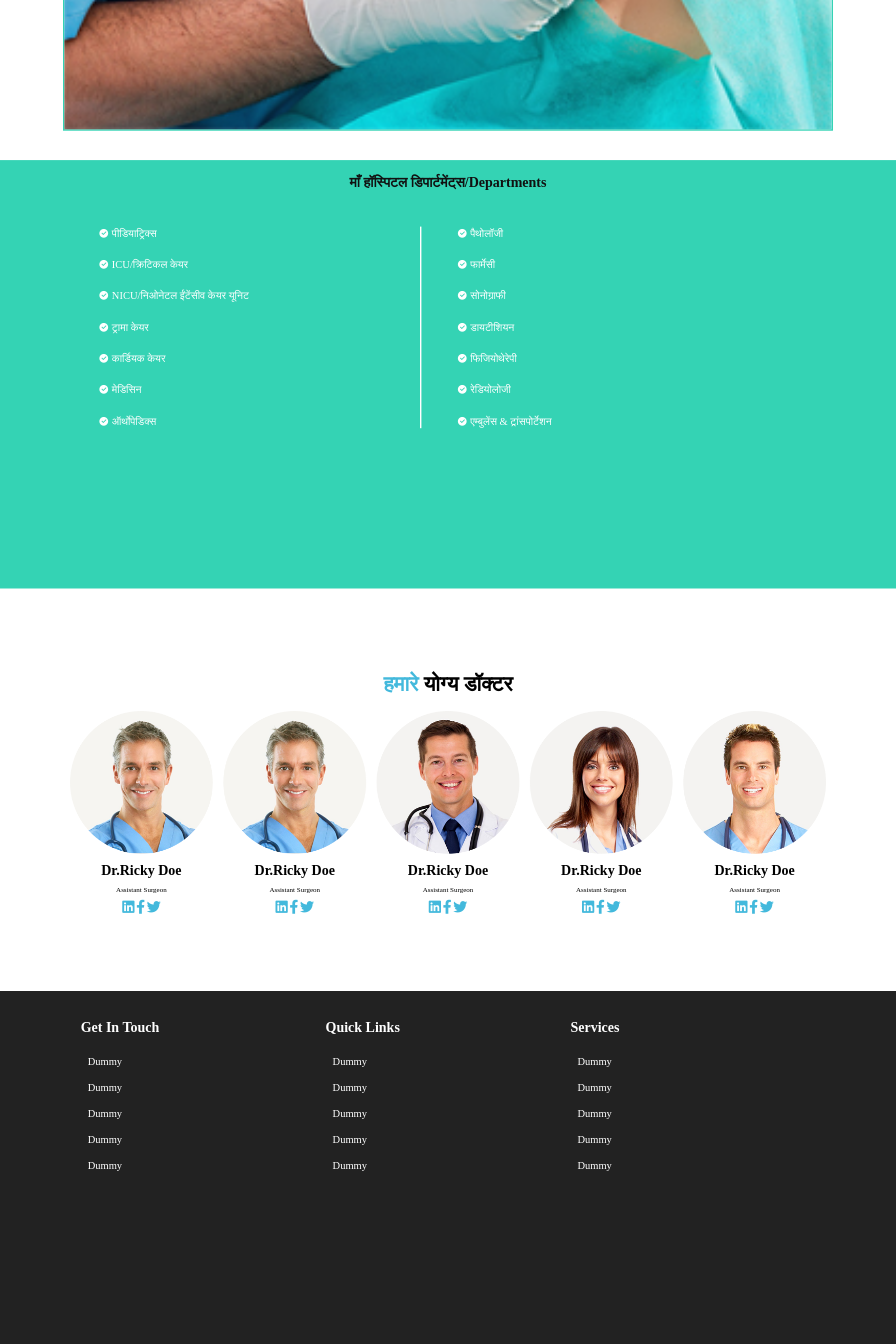
Repository: Aayush919/test
Page: index.html
An editor plug-in stored every save of this project. The page is shown before and after the next save, followed by the edit.
The browser window is 1280 px wide. The pictures show the part of the page from y = 2154 to 4074 px (the page is 4074 px tall before and 4042 px after), at 70% of full size.

Above is the page before, as saved 2023-10-15 09:06:28.

### index.html
<!DOCTYPE html>
<html lang="en">
<head>
    <meta charset="UTF-8">
    <meta http-equiv="X-UA-Compatible" content="IE=edge">
    <meta name="viewport" content="width=device-width, initial-scale=1.0">
    <link href="https://cdn.jsdelivr.net/npm/remixicon@3.5.0/fonts/remixicon.css" rel="stylesheet">
    <link rel="stylesheet" href="fontawesome-free-5.15.3-web/css/all.min.css">
    <link rel="stylesheet" href="style.css">
</head>
<body>
    <header class="header">
        <a href="#" id="logo"><span>माँ </span> हॉस्पिटल <span id="guna">गुना</span></a>

        <nav class="navbar">
        <a href="#">होम</a>
        <a href="#">अबाउट</a>
        <a href="#">गैलरी</a>
        <a href="#">ब्लॉग</a>
        <a href="#">संपर्क</a>

        </nav>

    <div class="icons">
        <i class="ri-linkedin-fill"></i>
        <i class="ri-whatsapp-fill"> </i>

    </div>

<a href="#" id="menu_bars" class="fas fa-bars"></a>
    </header>

   <div class="container">
       <div class="main-text">
           <h2> हमारे पास आपके लिए सर्वोत्तम चिकित्सा योजना विकल्प हैं !</h2>
           <button>संपर्क</button>
       </div>
   </div>
<!-- services we provide -->
<div class="service-section">
    <h2 id="ourservices">हमारी सर्विसेज</h2>
    <div class="inner-service-section">
        <div class="service-box">
            <img src="./images/opd.png" alt="">
        <h2 >मल्टी-स्पेशिलिटी OPD सर्विसेज</h2>
        <p><span>"माँ हॉस्पिटल गुना</span>, आपके लिए मल्टी-स्पेशियलिस्ट आउटपेशेंट डिपार्टमेंट (OPD) सेवा प्रदान करता है, जहाँ रोगियों को विभिन्न चिकित्सा क्षेत्रों के विशेषज्ञों का साथ एक ही छत के नीचे प्राप्त होता है।"</p>
        </div>
        <div class="service-box">
             <img src="./images/em.png" alt="">
        <h2>24*7 इमरजेंसी सर्विसेज</h2>

        <p>
            <span>"माँ हॉस्पिटल गुना</span>, 24*7 ( इमरजेंसी सर्विसेज ) आपातकालीन सेवाएँ प्रदान करते हैं, यानि हमेशा आपके स्वास्थ्य की देखभाल के लिए तैयार खड़े हैं, चाहे रात या दिन
            के किस भी समय हो।"
     </p>
        </div>
        <div class="service-box">
            <img src="./images/icu.png" alt="">
        <h2>ICU/क्रिटिकल केयर</h2>
        <p><span>"माँ हॉस्पिटल गुना</span>, में ICU और गंभीर देखभाल विभाग उन रोगियों के लिए है जो जीवन संकट की स्थिति में हैं। हम उनके लिए उनकी स्वास्थ्य स्थिति की सख्त निगरानी और उच्च गुणवत्ता वाला उपचार प्रदान करने के लिए समर्पित हैं।"
        </p>
        </div>

        <div class="service-box">
            <img src="./images/nicu.png" alt="">
        <h2>NICU/निओनेटल ईंटेंसीव केयर यूनिट</h2>
        <p><span>"माँ हॉस्पिटल गुना</span>,में NICU एक अलग शिशु चिकित्सा इकाई है, जिसमें अलग से जन्म वाले और बाहर से आए शिशुओं के लिए विशेष सेवाएँ उपलब्ध हैं। हम शिशुओं की स्वास्थ्य स्थिति की देखभाल करने और उनके जीवन को बचाने के लिए सशक्त प्रतिबद्ध हैं।"</p>
        </div>
    </div>


    <div class="inner-service-section">
        <div class="service-box">
            <img src="./images/pharmacy.png" alt="">
        <h2>24*7 फार्मेसी </h2>
        <p>"हम 24*7 फार्मेसी सेवा प्रदान करते हैं, ताकि आपको दवाओं और आवश्यक स्वास्थ्य सामग्री की आवश्यकता होने पर भी दिन रात किसी भी समय मिल सके।"
        </p>
        </div>
        <div class="service-box">
          <img src="./images/pathology.png" alt="">
        <h2>पैथोलॉजी</h2>
        <p>"हमारा पैथोलॉजी लैब उच्च गुणवत्ता वाली पथोलॉजी सेवाएँ प्रदान करता है और रोगीयों के निदान और चिकित्सा की सही दिशा में मदद करता है।"</p>
        </div>
        <div class="service-box">
          <img src="./images/ambulance.png" alt="">
        <h2>24*7 एम्बुलेंस</h2>
        <p>"हम एम्बुलेंस सेवा और यातायात की सुविधा प्रदान करते हैं, ताकि आपके स्वास्थ्य आवश्यकता के समय हमारे द्वारा आपको त्वरित और सुरक्षित रूप से पहुंचाया जा सके।"</p>
        </div>

        <div class="service-box">
       <img src="/images/cardiac.png" alt="">
        <h2>कार्डियक केयर</h2>
        <p>"हमारा कार्डियक केयर विभाग हृदय रोगों के निदान, उपचार, और देखभाल में विशेषज्ञता और उच्च गुणवत्ता की गारंटी है। हम रोगियों के स्वास्थ्य की निगरानी रखते हैं और उन्हें स्वस्थ जीवनशैली के लिए मार्गदर्शन प्रदान करते हैं। हम एक सुरक्षित और आदर्श दौरा प्रदान करके हृदय स्वास्थ्य की देखभाल करते हैं।"</p>
        </div>
    </div>
</div>





<div class="work-section">
    <div class="inner-work-section">
        <h2><span>माँ हॉस्पिटल</span>, द्वारा चलाये जाने वाले केम्प की अपडेटेड जानकारी यहा उपलब्ध है।
        </h2>
        <img src="./images/gallery 1.png" alt="">
        </div>
</div>


<!-- our depart-->
<div class="depart">
    <h1>माँ हॉस्पिटल डिपार्टमेंट्स/Departments</h1>
    <div id="keyservice">
        <div id="bx1">
            <h3><span><i class="ri-checkbox-circle-fill"></i></span><a href="#pg1">पीडियाट्रिक्स</a></h3>
            <h3><span><i class="ri-checkbox-circle-fill"></i></span><a href="#pg2">ICU/क्रिटिकल केयर</a></h3>
            <h3><span><i class="ri-checkbox-circle-fill"></i></span><a href="#pg4">NICU/निओनेटल ईंटेंसीव केयर यूनिट</a></h3>
            <h3><span><i class="ri-checkbox-circle-fill"></i></span><a href="#pg5">ट्रामा केयर </a></h3>
            <h3><span><i class="ri-checkbox-circle-fill"></i></span><a href="#pg6">कार्डियक केयर</a></h3>
            <h3><span><i class="ri-checkbox-circle-fill"></i></span><a href="#pg9">मेडिसिन</a></h3>
            <h3><span><i class="ri-checkbox-circle-fill"></i></span><a href="#pg3">ऑर्थोपेडिक्स</a></h3>

        </div>
        <div id="bx2">
            <h3><span><i class="ri-checkbox-circle-fill"></i></span><a href="#pg8">पैथोलॉजी
            </a></h3>
            <h3><span><i class="ri-checkbox-circle-fill"></i></span><a href="#pg7">फार्मेसी</a></h3>
            <h3><span><i class="ri-checkbox-circle-fill"></i></span><a href="#pg10">सोनोग्राफी</a></h3>
            <h3><span><i class="ri-checkbox-circle-fill"></i></span><a href="#pg11">डायटीशियन</a></h3>
            <h3><span><i class="ri-checkbox-circle-fill"></i></span><a href="#pg12">फिजियोथेरेपी
            </a></h3>
            <h3><span><i class="ri-checkbox-circle-fill"></i></span><a href="#pg13">रेडियोलोजी</a></h3>
            <h3><span><i class="ri-checkbox-circle-fill"></i></span><a href="#pg14">एम्बुलेंस &  ट्रांसपोर्टेशन </a></h3>

        </div>
    </div>
</div>
<!-- our depart ended -->

<!-- our team seaction -->
<div class="ourteam-section">
    <h2><span>हमारे </span>योग्य डॉक्टर</h2>
    <div class="ourteam-inner">
        <div class="section-box">
            <img src="images/ourteam1.png" alt="">
            <h3>Dr.Ricky Doe</h3>
            <p>assistant surgeon</p>
            <div class="team-social-links">
                <i class="fab fa-linkedin"></i>
                <i class="fab fa-facebook-f"></i>
                <i class="fab fa-twitter"></i>
            </div>
        </div>
        <div class="section-box">
            <img src="images/ourteam1.png" alt="">
            <h3>Dr.Ricky Doe</h3>
            <p>assistant surgeon</p>
            <div class="team-social-links">
                <i class="fab fa-linkedin"></i>
                <i class="fab fa-facebook-f"></i>
                <i class="fab fa-twitter"></i>
            </div>
        </div>
        <div class="section-box">
            <img src="images/ourteam2.png" alt="">
            <h3>Dr.Ricky Doe</h3>
            <p>assistant surgeon</p>
            <div class="team-social-links">
                <i class="fab fa-linkedin"></i>
                <i class="fab fa-facebook-f"></i>
                <i class="fab fa-twitter"></i>
            </div>
        </div>
        <div class="section-box">
            <img src="images/ourteam3.png" alt="">
            <h3>Dr.Ricky Doe</h3>
            <p>assistant surgeon</p>
            <div class="team-social-links">
                <i class="fab fa-linkedin"></i>
                <i class="fab fa-facebook-f"></i>
                <i class="fab fa-twitter"></i>
            </div>
        </div>
        <div class="section-box">
            <img src="images/ourteam4.png" alt="">
            <h3>Dr.Ricky Doe</h3>
            <p>assistant surgeon</p>
            <div class="team-social-links">
                <i class="fab fa-linkedin"></i>
                <i class="fab fa-facebook-f"></i>
                <i class="fab fa-twitter"></i>
            </div>
        </div>

    </div>

</div>
<!-- our team seaction -->

<!-- creating footer -->

<div class="main-footer">
    <div class="inner-footer">
        <h2>get in touch</h2>
        <a href="#">dummy</a>
        <a href="#">dummy</a>
        <a href="#">dummy</a>
        <a href="#">dummy</a>
        <a href="#">dummy</a>
    </div>

    <div class="inner-footer">
        <h2>quick links</h2>
        <a href="#">dummy</a>
        <a href="#">dummy</a>
        <a href="#">dummy</a>
        <a href="#">dummy</a>
        <a href="#">dummy</a>
    </div>

    <div class="inner-footer">
        <h2>services</h2>
        <a href="#">dummy</a>
        <a href="#">dummy</a>
        <a href="#">dummy</a>
        <a href="#">dummy</a>
        <a href="#">dummy</a>
    </div>
</div>

<!-- creating footer -->




















    <script src="script.js"></script>
</body>
</html>




<!-- <div class="gel">

    <div class="galleryheading">
        <h2>हमारी <span> गैलरी</span></h2>
    </div>
    <div class="gallery">
        <img src="./images/gallery 1.png" alt="">
        <img src="./images/gallery 1.png"  alt="">
        <img src="./images/gallery3.png" alt="">
        <img src="./images/gallery 4.png" alt="">
        <img src="./images/gallery5.png" alt="">
        <img src="./images/gallery6.png" alt="">
        <img src="/images/gallery6.png" alt="">
        <img src="/images/gallery6.png" alt="">
        <img src="/images/gallery6.png" alt="">
    </div>

</div> -->

### style.css
@import url('https://fonts.googleapis.com/css2?family=Roboto:wght@100;300;400;500;700&display=swap');
:root{
    --fontcolor:#43b9dc;
    --backgroundcolor:#34d3b4;
}
*{
    margin: 0;
    padding: 0;
    font-family:gilroy;
    box-sizing: border-box;
    transition: all .2s linear;
    text-transform: capitalize;
    text-decoration: none;
}
html{
    font-size: 62.5%;
    overflow-x: hidden;
    scroll-behavior: smooth;
}
header{
    position: fixed;
    top: 0;
    left: 0;
    right: 0;
    padding: 2rem 7%;
    display: flex;
    justify-content: space-between;
    align-items: center;
    background:white;
    box-shadow: 0 1rem 1rem rgb(0, 0, 0, .1);
    z-index: 10000000;
}
#guna{
    font-size: 15px;

}
header #logo{
    font-size: 3rem;
    color: black;
}
header #logo span{
    color: var(--fontcolor);
}
header .navbar a{
    font-weight: 600;

    font-size: 1.8rem;
    color: var(--fontcolor);
    margin-left: 1.5rem;
}
.icons i{
font-size: 2rem;
color: var(--fontcolor);
margin-left: 1rem;
}
header #menu_bars{
    font-size: 2rem;
    color: var(--fontcolor);
    display: none;
}
header .navbar.active{
    left: 0;
    transition: .5s;
}
.main-image{

    background-repeat: no-repeat;
    background-size: cover;
    background-position: center;
    width: 100%;
    margin-top: 75px;
    height: 100vh;
}
.container{
    background: url("./images/headerimage.jpg");
    width: 100%;
    padding-top: 8.5rem;
    background-position: center;
    background-size: cover;
    background-repeat: no-repeat;
    height: 100vh;
}
.container .main-text{
    width: 50%;
    position: absolute;
    top: 200px;
    padding: 0 2rem;
    text-align: center;
}
.container .main-text h2{
    font-size: 40px;
    color: #fff;
    padding-bottom: 1.5rem;
}
.container .main-text button{
    padding: 1.5rem 3.5rem;
    background: #3FC1D1;
    color: white;
    border: none;
    border-radius:1px;

    font-weight: 700;
}
.service-section{
    padding: 2rem 7%;
    background: linear-gradient(#43b9dc, #34d3b4);
    min-height: 50vh;
}
#ourservices{
    color: white;
    font-size: 30px;
    padding: 2rem 0;
    text-align: center;
}
.inner-service-section{
    display: flex;
    flex-wrap: wrap;
    gap: 15px;
    justify-content: center;
    text-align: center;
}
.service-box{
    flex: 1 1 200px;
    padding: 5rem 0;
    box-shadow: 0 1rem 1rem rgba(0, 0, 0, .1);
}
.service-box img{
    color: white;
     height: 10rem;
    padding: .5rem 0;
}

.service-box h2{
    color: white;
    font-size: 1.8rem;
    padding: 1rem 0;
}
.service-box p{
    color: white;
    font-size: 1.5rem;
    padding: 0 1rem;
}
.work-section{
    padding: 4rem 7%;
    display: grid;
    grid-template-columns: 2fr 1fr;
    justify-content: center;

}
.inner-work-section img{
    width:  110rem;
    border: 2px solid #34d3b4;
    margin-top: 10px;
}
.inner-work-section h2{
    font-size: 2rem;
    padding: .5rem 0;

}
.inner-work-section h2 span{
    color:#34d3b4;

}
.scnclass{
    padding: 0 1rem;
}
.myimages{
    display: grid;
    grid-template-columns: 1fr 1fr;
    padding-top: 1rem;
}
.btn{
    padding: 1rem 3rem;
    background: var(--backgroundcolor);
    border-radius: 15px;
   display: inline-block;
   color: white;
   font-size: 18px;
   margin-top: 5px;
}
.creative-text{
    padding: 2rem 0;
}
.depart{
    background: var(--backgroundcolor);
    min-height: 85vh;
    padding: 2rem 9%;
}
.depart h1{
    color:#111;
    display: flex;
    align-self: center;
    justify-content: center;
    font-size: 2rem;
}

/* .galleryheading{ */
    /* color: #111;
    padding: 2rem 0;
    text-align: center;
    font-size: 20px;
}
.galleryheading span{
    color: var(--fontcolor);
}
.main-gallery .gallery-box{
    flex: 1 1 300px;
}
.main-gallery{
    display: flex;
    flex-wrap: wrap;
    gap: 15px;
}
.gallery-box img{
    width: 100%;
} */
.ourteam-section{
    padding: 10rem;
}
.ourteam-section h2{
    padding: 2rem;
    font-size: 3rem;
    text-align: center;
}
.ourteam-section h2 span{
    color: var(--fontcolor);
}
.ourteam-inner{
    display: flex;
    /* flex-wrap: wrap; */
    text-align: center;
    gap: 15px;
}
.ourteam-inner .section-box{
    flex: 1 1 250px;
}
.ourteam-inner .section-box img{
    width: 100%;
}
.section-box h3{
    padding: 1rem 0;
    font-size: 2rem;
}
.team-social-links i{
    color: var(--fontcolor);
    font-size: 2rem;
    padding:1rem 0;
}
.main-footer{
    display: flex;
    flex-wrap: wrap;
    justify-content: space-between;
    background: #222;
    padding: 2rem 9%;
    height: 70vh;
}
.inner-footer{
    flex: 1 1 200px;
}
.inner-footer h2{
    color: white;
    font-size: 2rem;
    padding: 2rem 0;
}
.inner-footer a{
    display: block;

    color: white;
    font-size: 1.5rem;
    padding: 1rem;
}












@media (max-width:768px) {
    html{
        font-size: 50%;
    }
    header #menu_bars{
        display: initial;
    }

    header .navbar{
        position: absolute;
        top: 100%;
        left: 100%;
        right: 0;
        background: var(--backgroundcolor);
        height: 100vh;
        text-align: center;

    }
    header .navbar a{
        display: block;

        background: white;
        margin-top: 1rem;
        padding: 2rem;
        width: 90%;
        border-radius: 10px;
    }
    .container .main-text{
        width: 70%;
        padding: 0 ;
    }
   .work-section{
       display: grid;
       grid-template-columns: 1fr;

   }
   .myimages img{
       width: 100%;
   }
   .btn{
       display: block;
   }
   .inner-work-section h2{
    font-size:1.2rem;
   display: flex;
   flex-wrap: wrap;
   align-self:center;
   justify-content: center;
}

.depart{
    background: var(--backgroundcolor);
    min-height:65vh;
    padding: 2rem 9%;
}

.depart h1{
    color:#111;
    display: flex;
    align-self: center;
    justify-content: center;
    font-size: 1.9rem;
}
.ourteam-inner{
    display: flex;
    flex-wrap: wrap;
    text-align: center;
    gap: 15px;
}

}

/*
.gallery{
    display: grid;
    grid-template-columns: repeat(3, 1fr);
    gap: 1vh;
    margin-inline: auto;
    max-width: 70rem;

    background: #141414;
    background: var(--backgroundcolor);
    padding: 1vh;
}

 .gallery > img{
    width: 100%;
    aspect-ratio: 1 / 1;
    object-fit: cover;
    transition: all 0.3s ease;
    border-radius:2px;

}

.gallery:has(img:hover) img:not(:hover) {
    scale: 0.8;
    opacity: 0.5;
    filter: grayscale(70%);
}
 */


#keyservice {
    padding-top: 4vw;
    padding-left: 2vw;
    font-family: g-r;
    /* background-color: crimson; */
    height: 55vh;
    display: flex;
    justify-content: space-between;
}

#keyservice h3 {
    color: #ffffff;
    display: flex;
    cursor: pointer;
    font-family: g-r;
    font-weight: 300;
    font-size: 1.5rem;

     line-height: 2rem;

}

#keyservice h3:hover {
    color: yellow;
    font-weight: 500;
}

#keyservice h3 span {
    color: #ffffff;
    margin-right: 4px;
}

#keyservice h3 a {
    text-decoration: none;
    color: #fff;
}

#keyservice h3 a:hover {
    color: yellow;
}

#bx1 {
    /* background-color: #77b9d7; */
    height: 40vh;
    display: flex;
    flex-direction: column;
    justify-content: space-between;
    width: 45%;
    border-right: 2px solid white;
}

#bx2 {
    height: 40vh;
    display: flex;
    flex-direction: column;
    justify-content: space-between;
    /* height: 25.5vh; */
    width: 50%;
    /* background-color: #9477d7; */
}

### script.js
let menubtn =document.querySelector('#menu_bars');
let mynav =document.querySelector('.navbar');

menubtn.onclick = () =>{
    menubtn.classList.toggle('fa-times');
    mynav.classList.toggle('active');
}

Loaded but not shown: fontawesome-free-5.15.3-web/css/all.min.css (library)

After the next save:
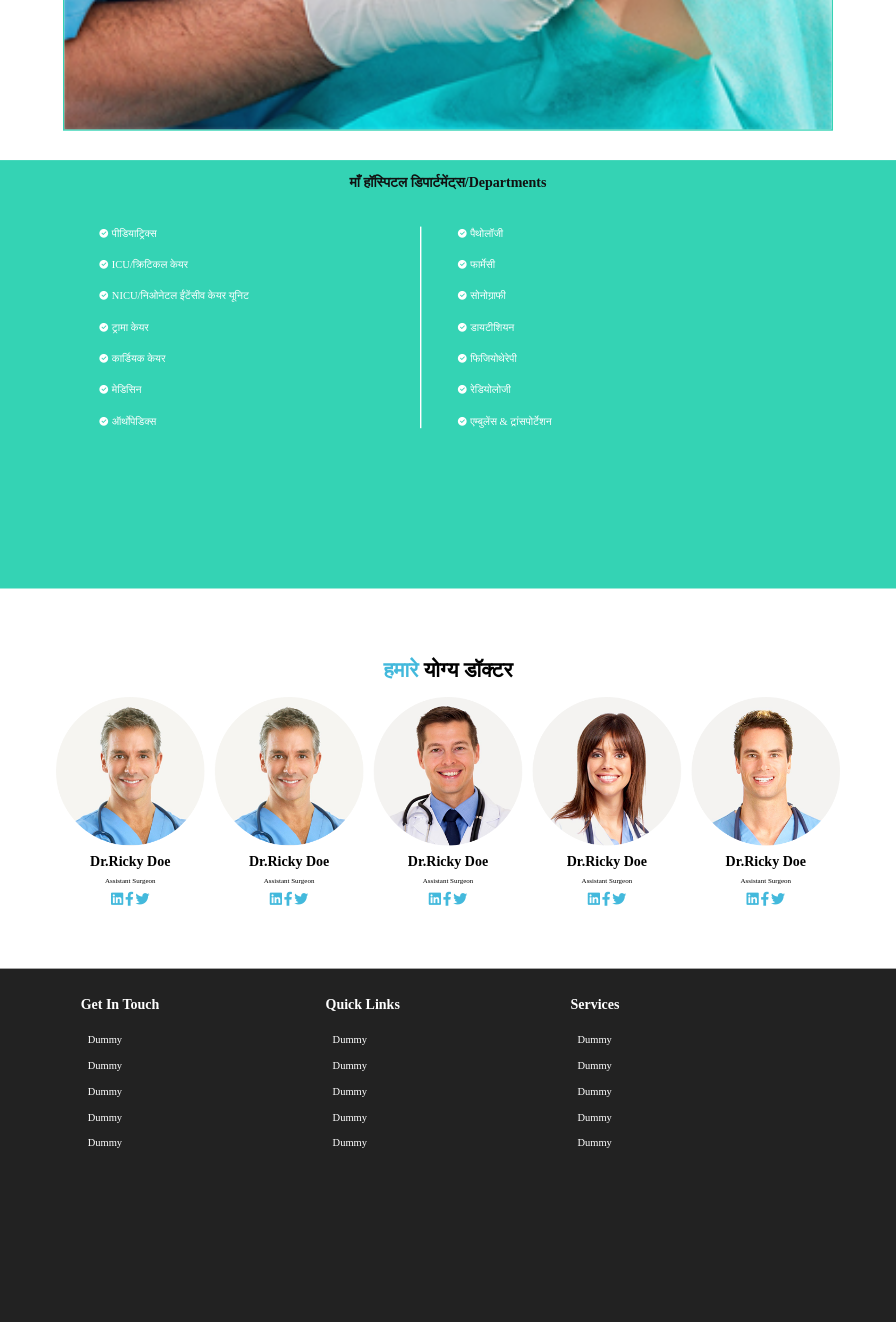
Saved 9 s later.
--- a/style.css
+++ b/style.css
@@ -215,7 +215,7 @@ header .navbar.active{
     width: 100%;
 } */
 .ourteam-section{
-    padding: 10rem;
+    padding: 8rem;
 }
 .ourteam-section h2{
     padding: 2rem;
